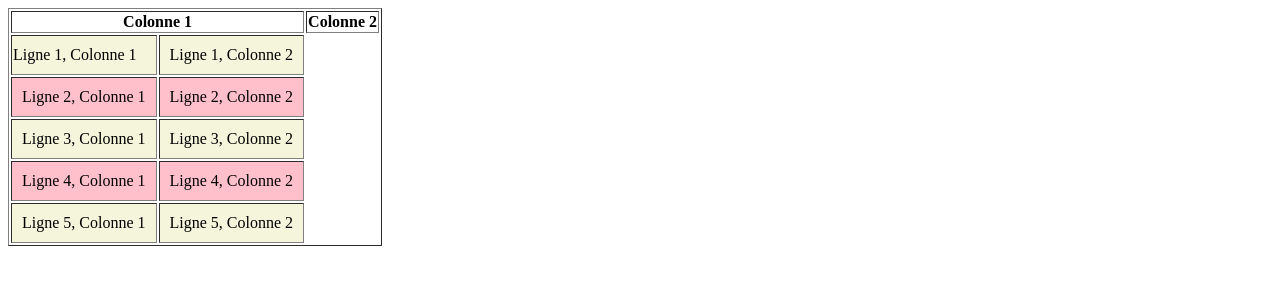
Repository: Chaimaa482/web-tp4
Page: ex1.html
The author's editor kept a copy of each file at every save. The page is drawn from the files as they stood at one save, then again after a run of saves.
The browser window is 1280 px wide. The pictures show the whole page.

Above is the page before, as saved 2023-10-22 15:36:57.

After the next 2 saves:
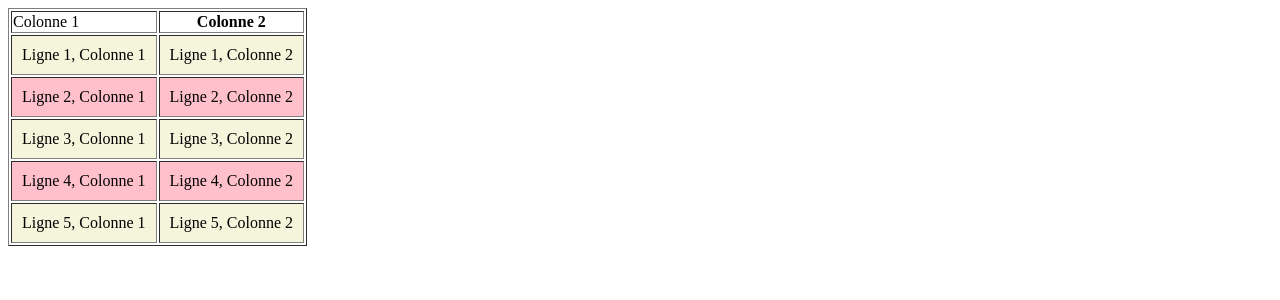
The 2 saves are shown as one change because they came seconds apart.
The last was saved 50 s later.
--- a/ex1.html
+++ b/ex1.html
@@ -5,7 +5,7 @@
 <body>
     <table id="myTable" border="1">
         <tr>
-            <th>Colonne 1</th>
+            <td>Colonne 1</td>
             <th>Colonne 2</th>
         </tr>
         <tr>
